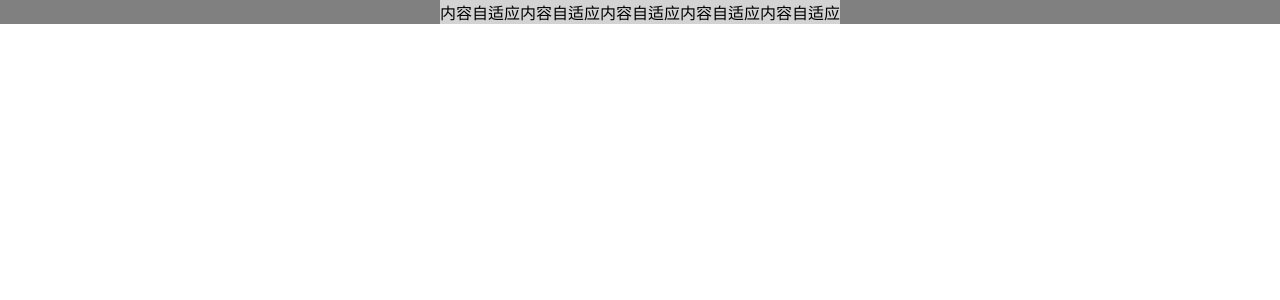
Repository: ArtemisWang/webpack
Page: src/demo20.html
The author's editor kept a copy of each file at every save. The page is drawn from the files as they stood at one save, then again after the next save.
The browser window is 1280 px wide. The pictures show the whole page.

Above is the page before, as saved 2020-03-31 20:42:59.

After the next save:
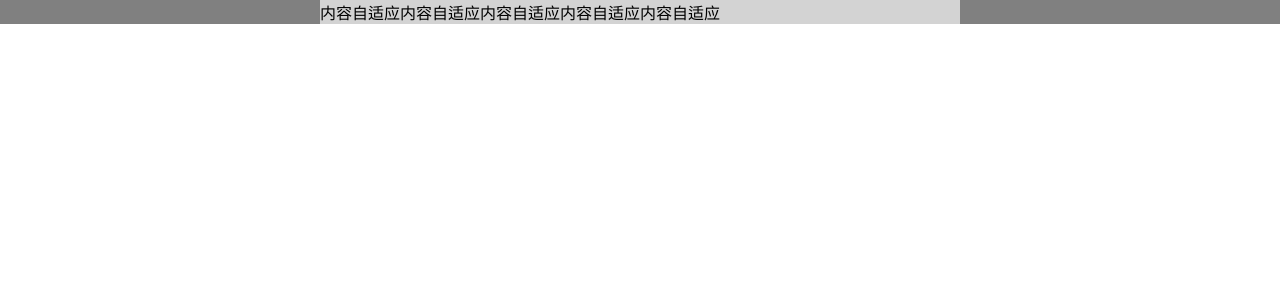
Saved 42 s later.
--- a/src/demo20.html
+++ b/src/demo20.html
@@ -5,11 +5,11 @@
     <meta name="viewport" content="width=device-width, initial-scale=1.0">
     <title>Document</title>
     <style type="text/css" >
-.html,body{
-	padding:0;
-    margin:0;
-    height:100%;
-}
+    .html,body{
+        padding:0;
+        margin:0;
+        height:100%;
+    }
     .father{
         display:flex;
         justify-content:center;
@@ -20,6 +20,7 @@
     }
     .child{
         background-color: lightgray;
+        width:50%;
     }
     </style>
 </head>
